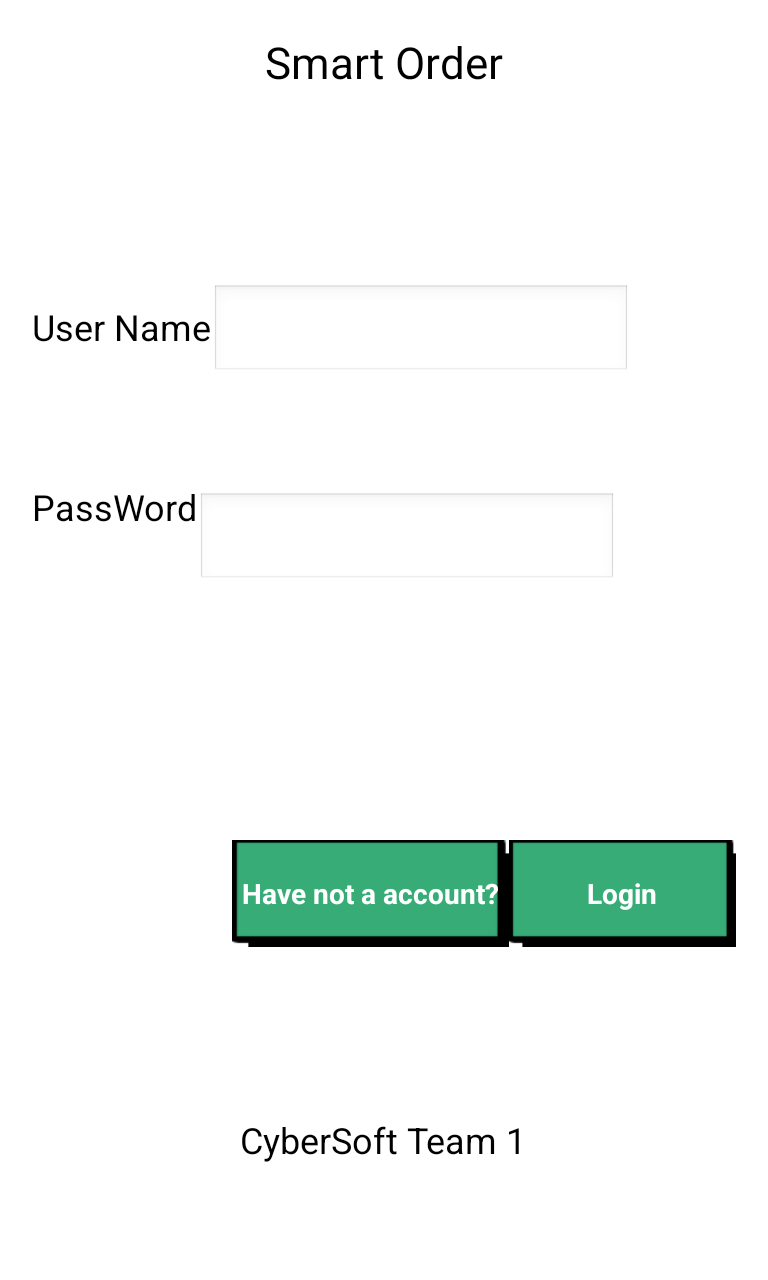
Repository: VanThi/Smart_Order
Layout: Project OS/Project_SO/res/layout/activity_login.xml
The author's editor kept a copy of each file at every save. The layout is drawn from the files as they stood at one save, then again after the next save.
It is drawn on a 768 x 1280 px phone screen (xhdpi) without system bars, with theme android:Theme.Light.NoTitleBar.Fullscreen; the app's code is not run.

Above is the layout before, as saved 2013-11-09 10:45:02.

After the next save:
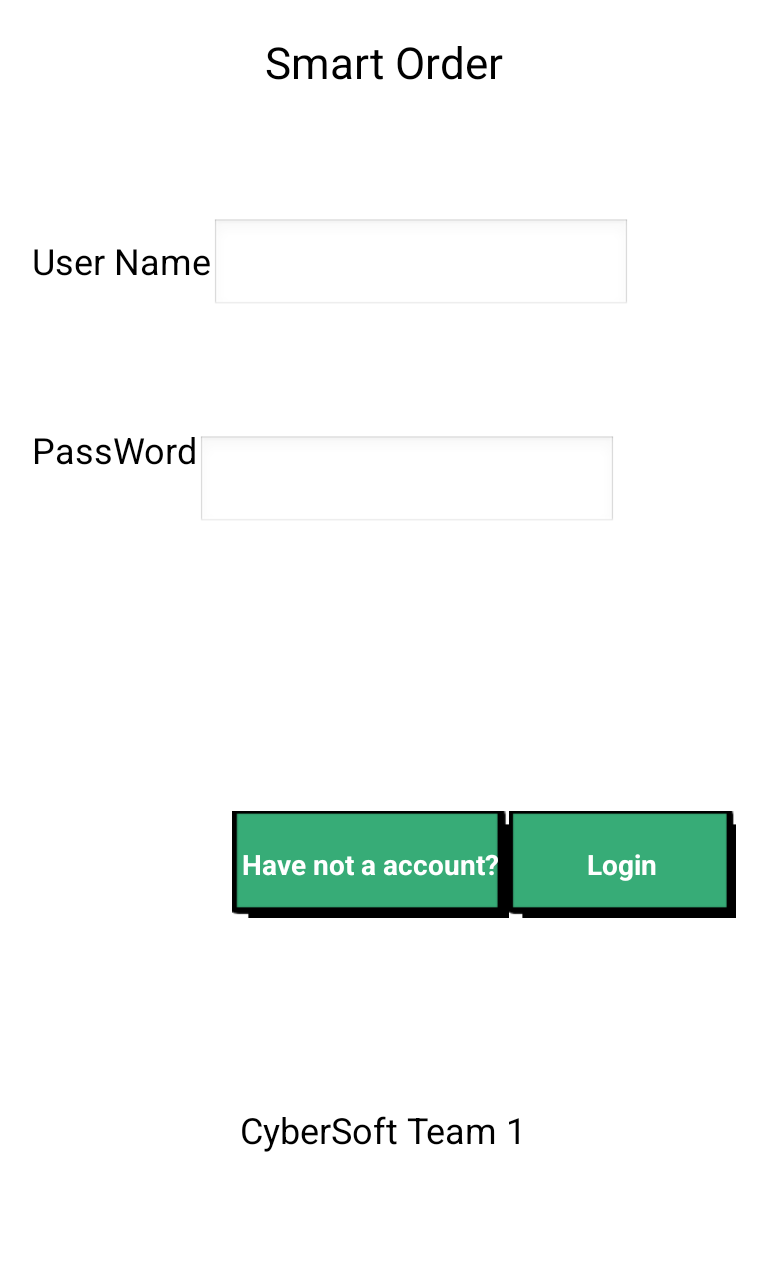
Saved 26 min 25 s later.
--- a/Project OS/Project_SO/res/layout/activity_login.xml
+++ b/Project OS/Project_SO/res/layout/activity_login.xml
@@ -14,7 +14,7 @@
         android:layout_width="wrap_content"
         android:layout_height="0dip"
         android:layout_gravity="center_horizontal"
-        android:layout_weight="3"
+        android:layout_weight="2"
         android:text="@string/app_name"
         android:textAppearance="?android:attr/textAppearanceLarge" />
 
